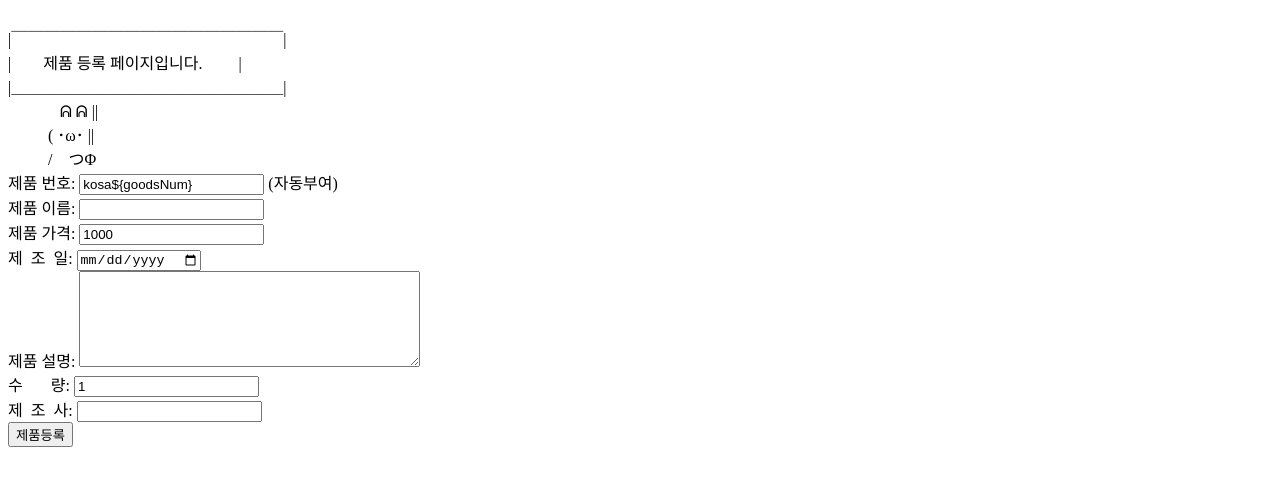
Repository: doram2/dodam
Page: http://localhost/thymeleaf/goods/goodsForm
The author's editor kept a copy of each file at every save. The page is drawn from the files as they stood at one save, then again after the next save.
The browser window is 1280 px wide. The pictures show the whole page.
The page is this project's Thymeleaf template; nobody is signed in. The template is opened directly, without the code that normally fills it, so the values that code supplies are empty.

Above is the page before, as saved 2022-01-20 06:08:36.

After the next save:
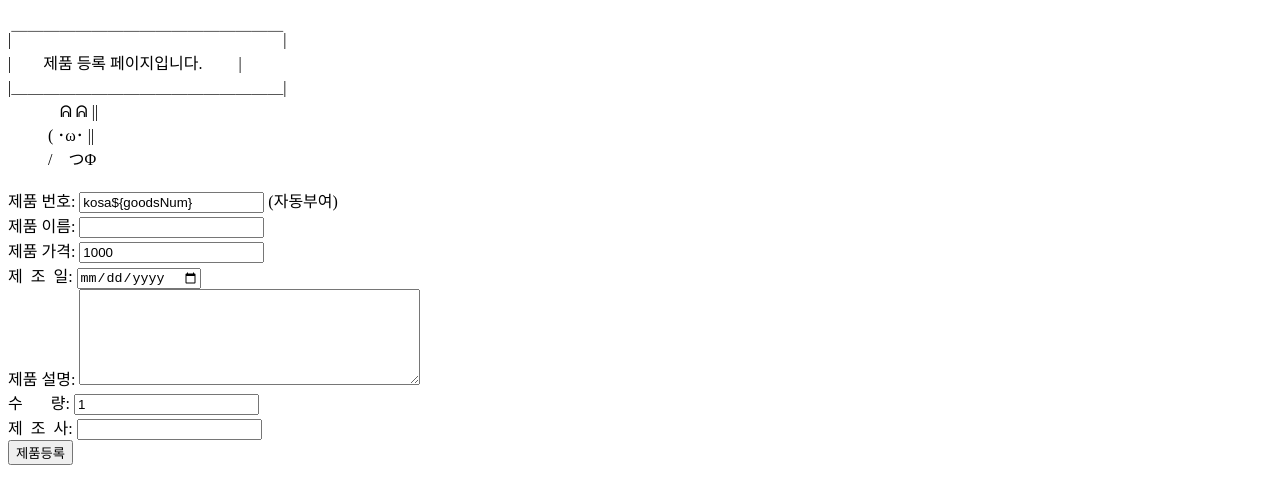
Saved 43 s later.
--- a/springBootTest2/src/main/resources/templates/thymeleaf/goods/goodsForm.html
+++ b/springBootTest2/src/main/resources/templates/thymeleaf/goods/goodsForm.html
@@ -11,7 +11,7 @@
 |＿＿＿＿＿＿＿＿＿＿＿＿＿＿＿＿＿| <br/>
 　&nbsp;&nbsp;&nbsp;&nbsp;　        ᕱ ᕱ  ||<br/>
 　&nbsp;&nbsp;&nbsp;&nbsp;&nbsp;&nbsp;( ･ω･ ||<br/>
- &nbsp;&nbsp;&nbsp;&nbsp; 　         /　つΦ<br/>
+ &nbsp;&nbsp;&nbsp;&nbsp; 　         /　つΦ<br/><br/>
 	제품 번호: <input type="text" name="goodsNum" readonly = "readonly" value="kosa${goodsNum}"/> (자동부여) <br/>
 	제품 이름: <input type="text" name="goodsName"/><br/>
 	제품 가격: <input type="number" name="goodsPrice" min=1000 value="1000"/><br/>
